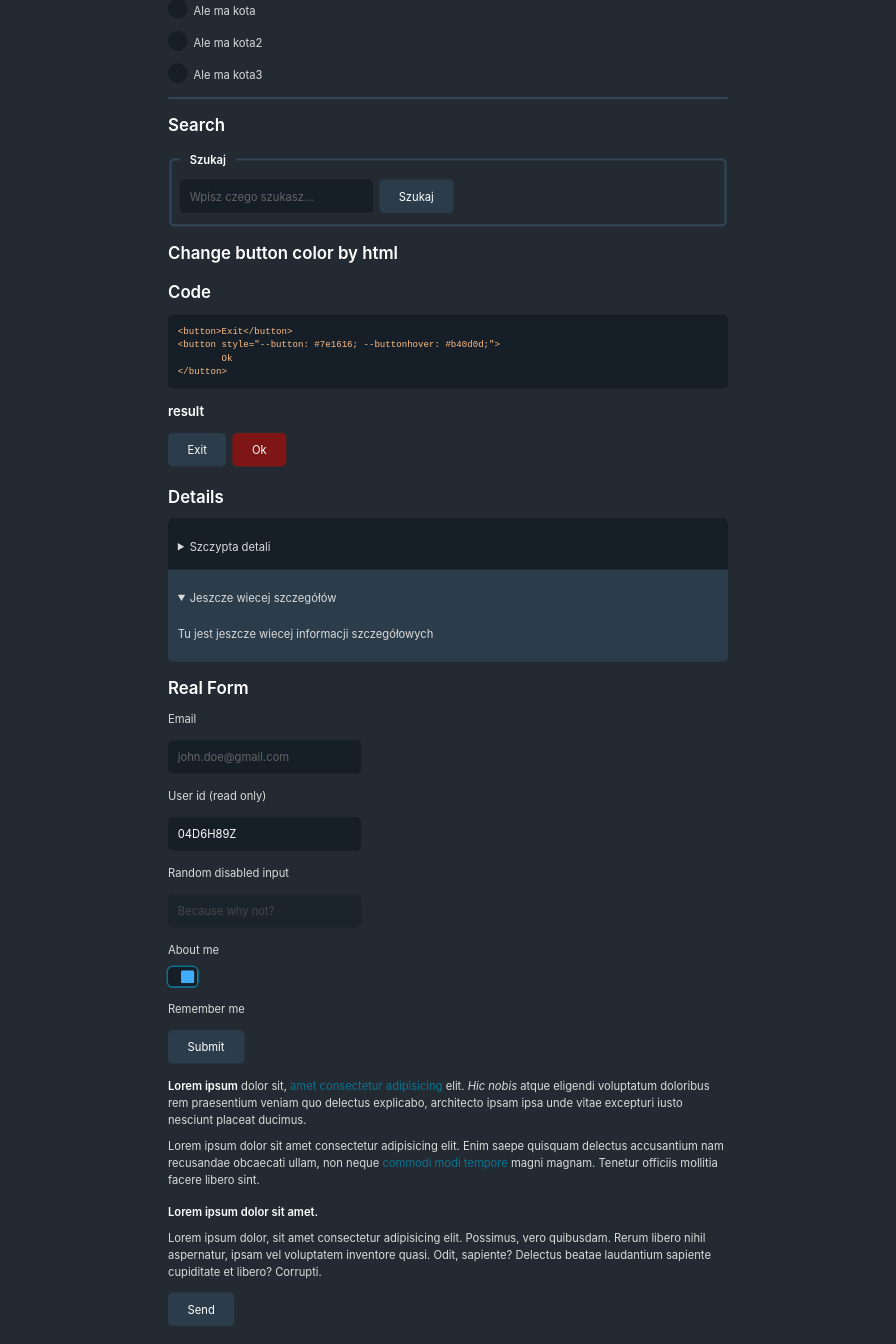
Repository: KozakBartosz/Draft
Page: index.html
An editor plug-in stored every save of this project. The page is shown before and after the next save, followed by the edit.
The browser window is 1280 px wide. The pictures show the part of the page from y = 2789 to 4709 px (the page is 4709 px tall before and 4681 px after), at 70% of full size.

Above is the page before, as saved 2019-04-12 08:56:15.

After the next save:
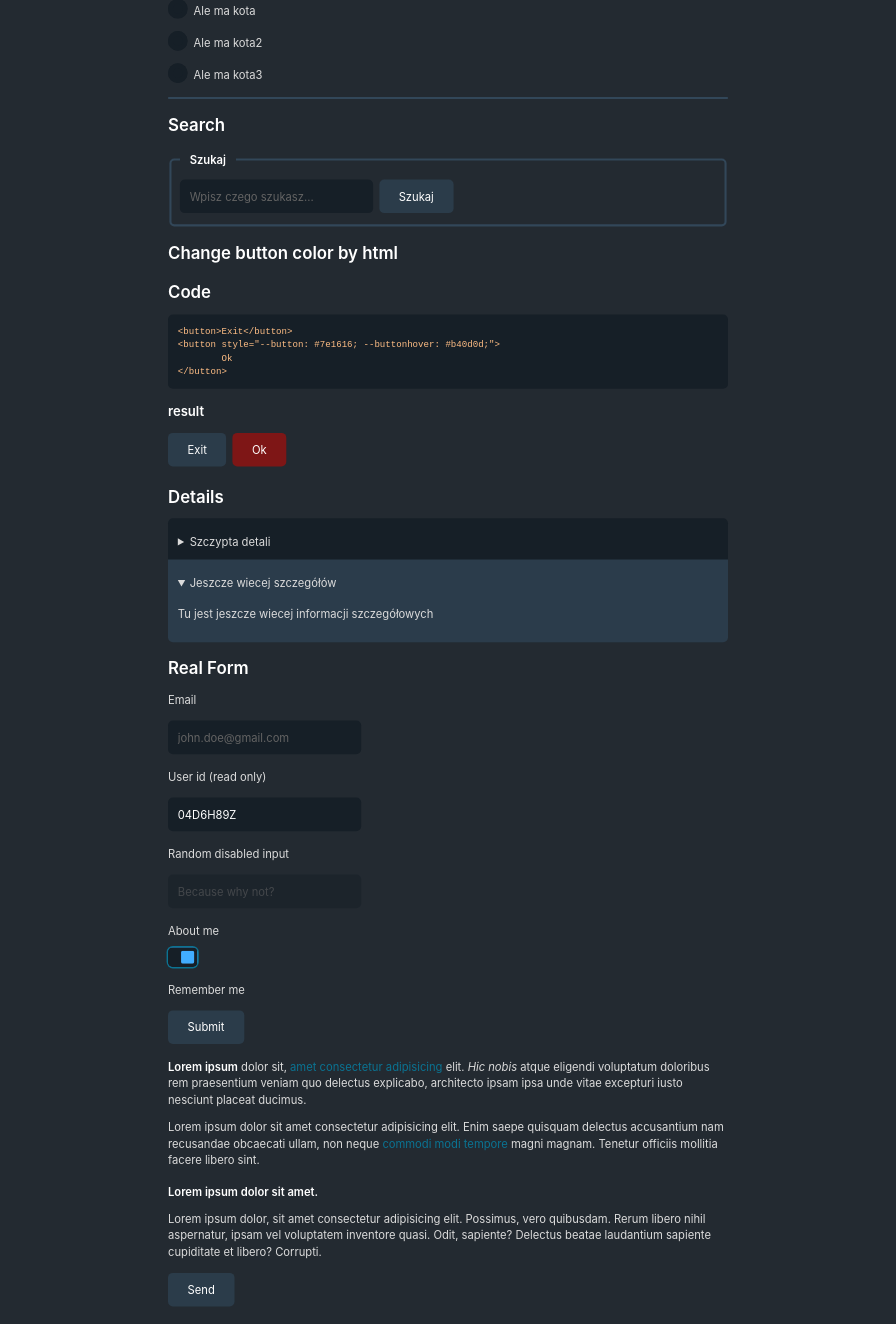
Saved 58 s later.
--- a/draft.css
+++ b/draft.css
@@ -342,7 +342,7 @@ details[open] {
 	background: var(--like);
 }
 details summary {
-	padding: var(--mainpaddng) 0;
+	padding: calc(var(--mainpaddng) / 2) 0;
 }
 
 table {
